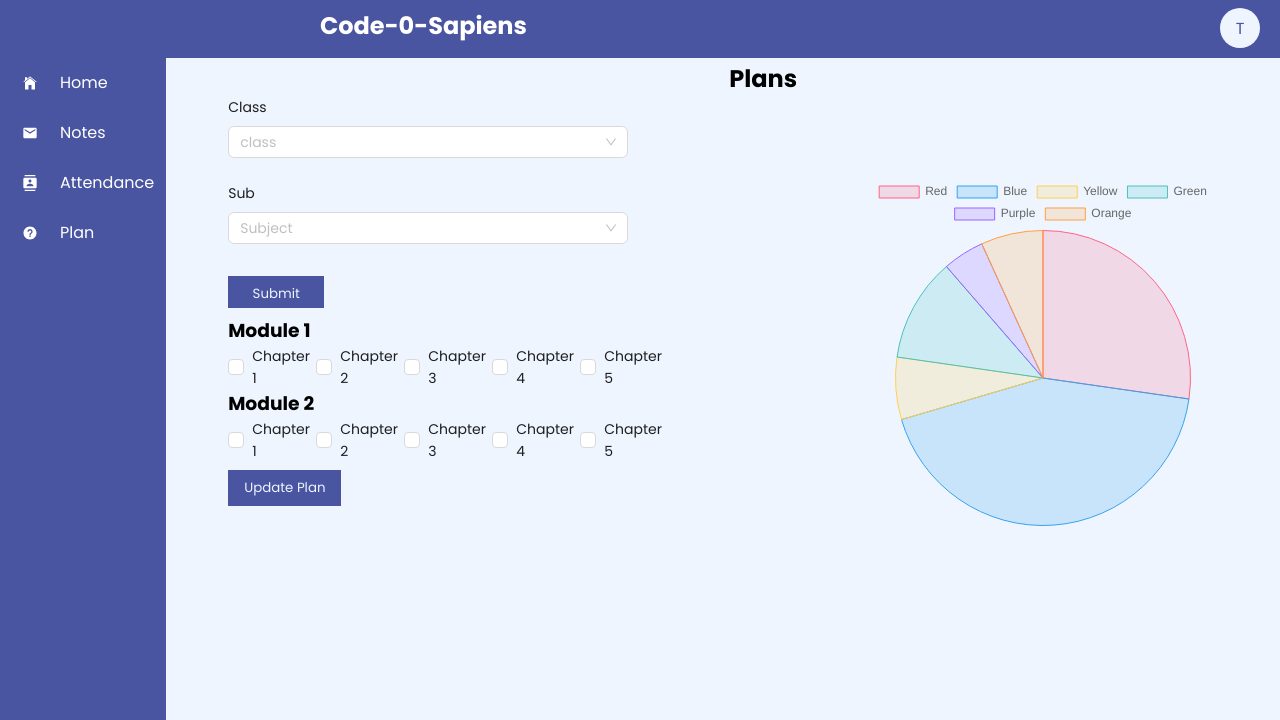
Repository: sinchana-P/code-0-sapiens
Page: /plans (app in client/), after clicking the first element matching `button`
These files come from the project's save history. The page is drawn as it stood at one moment and after the next save; the edit follows.
The browser window is 1280 px wide. The pictures show the whole page.
The project was rebuilt for these pictures with package versions that can differ from the ones it lists, and the page was loaded fresh each time. Also part of the build but not shown: client/src/components/auth/login/FormLayoutLogin.jsx, client/src/components/auth/login/Login.jsx, client/src/components/auth/register/FormLayoutRegister.jsx, client/src/components/auth/register/Register.jsx, client/src/components/homeScene/Home.jsx, client/src/components/notes/Notes.jsx, client/src/components/attendance/Attendance.jsx, client/src/components/profile/Profile.jsx and 5 more.

Above is the page before, as saved 2024-03-01 07:47:05.

After the next save:
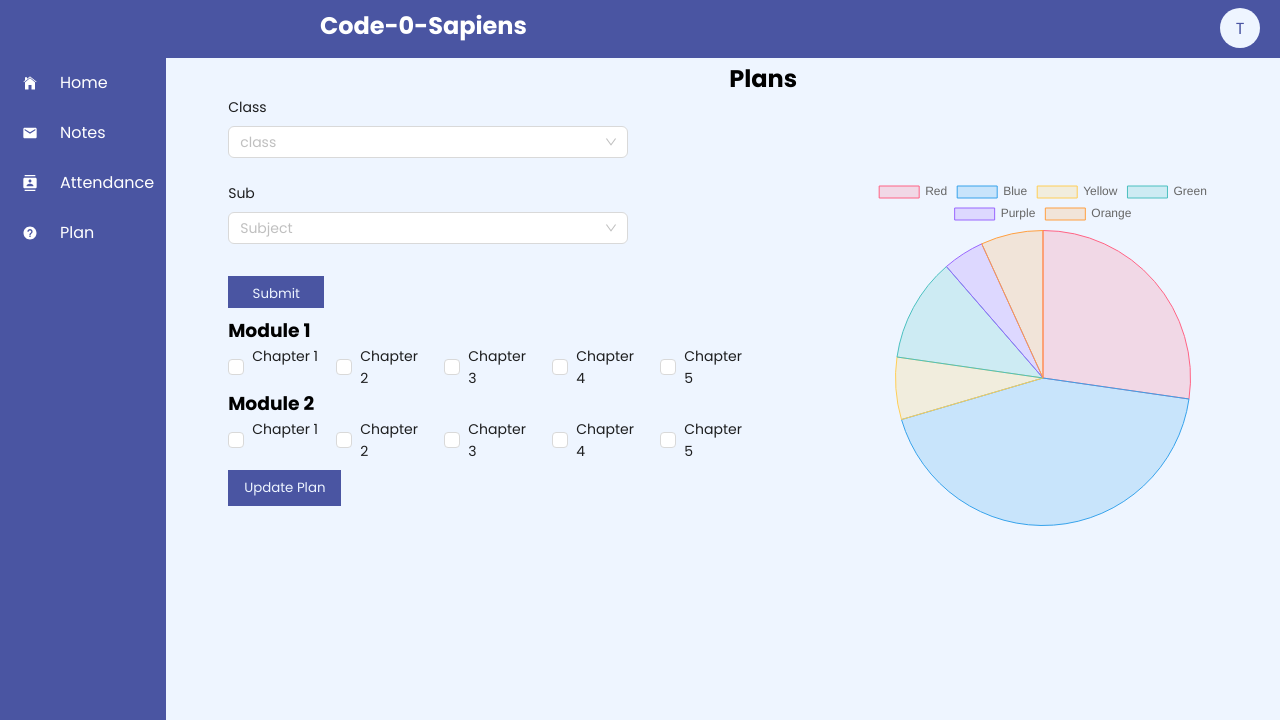
Saved 8 s later.
--- a/client/src/components/plans/Plans.jsx
+++ b/client/src/components/plans/Plans.jsx
@@ -170,7 +170,7 @@ const Plans = () => {
                           <h3>{module}</h3>
                           <CheckboxGroup>
                               {groupedChapters[module].map((chapter, i) => (
-                              <Checkbox checked key={i} value={chapter} style={{width: '80px'}} >
+                              <Checkbox checked key={i} value={chapter} style={{width: '100px'}} >
                                   {chapter}
                               </Checkbox>
                               ))}
